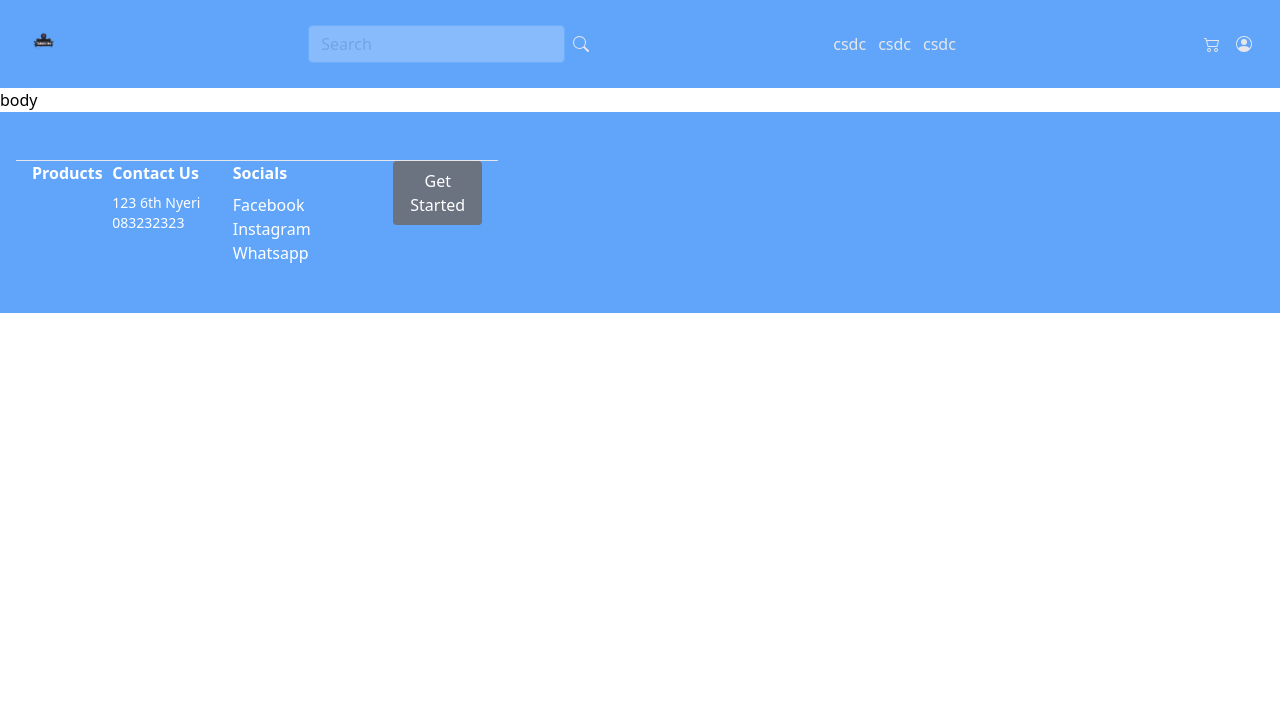
Repository: DevLaukey/Jitu-final
Page: / (app in frontend/)
These files come from the project's save history. The page is drawn as it stood at one moment and after the next save; the edit follows.
The browser window is 1280 px wide. The pictures show the whole page.
The project was rebuilt for these pictures with package versions that can differ from the ones it lists, and the page was loaded fresh each time.

Above is the page before, as saved 2022-07-13 14:22:51.

After the next save:
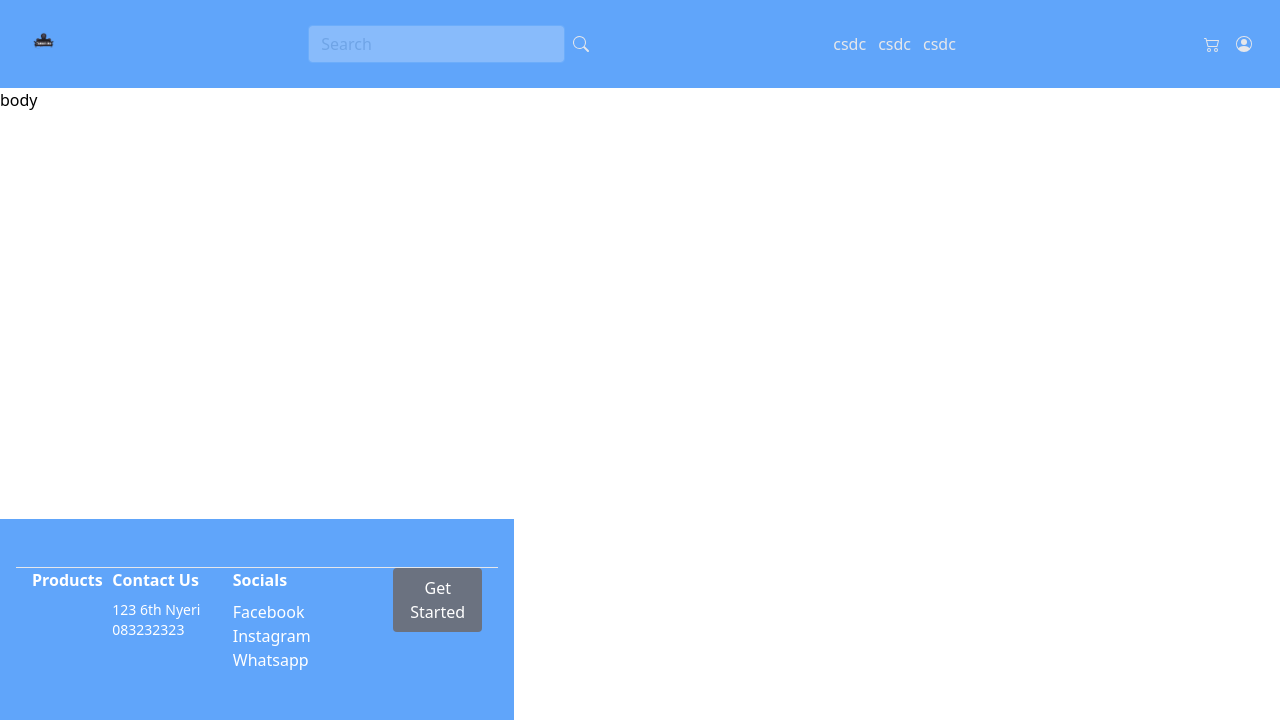
Saved 56 s later.
--- a/frontend/src/components/Footer.js
+++ b/frontend/src/components/Footer.js
@@ -2,7 +2,7 @@ import React from "react";
 
 function Footer() {
   return (
-    <footer class="footer-1 flex-row-reverse bottom-0 text-white bg-blue-400 py-8 sm:py-12">
+    <footer class="footer-1 fixed bottom-0 text-white bg-blue-400 py-8 sm:py-12">
       <div class="container flex mx-auto px-4 ">
         <div class="sm:flex sm:flex-wrap border-t">
           <div class="sm:w-full px-4 md:w-1/6">
